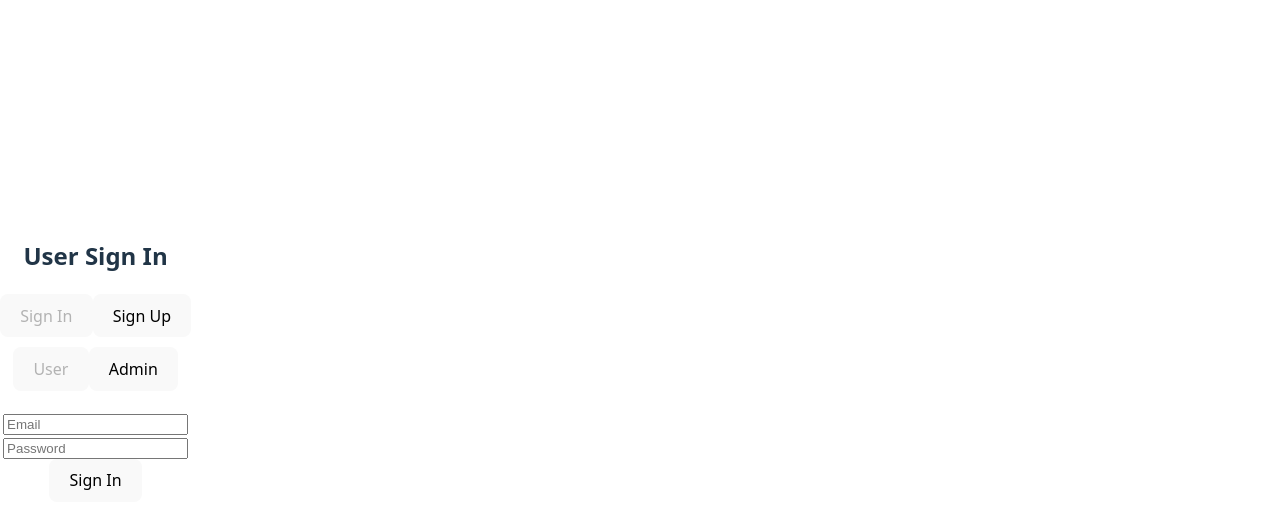
Repository: EphrahimLaanyu123/Karis
Page: /
An editor plug-in stored every save of this project. The page is shown before and after the next save, followed by the edit.
The browser window is 1280 px wide. The pictures show the whole page.
The project was rebuilt for these pictures with package versions that can differ from the ones it lists, and the page was loaded fresh each time. Also part of the build but not shown: vite.config.js, src/components/Auth.css, src/components/Dashboard.jsx, src/components/admin/Dashboard.jsx, src/components/admin/ProtectedAdminRoute.jsx.

Above is the page before, as saved 2025-05-17 21:04:13.

After the next save:
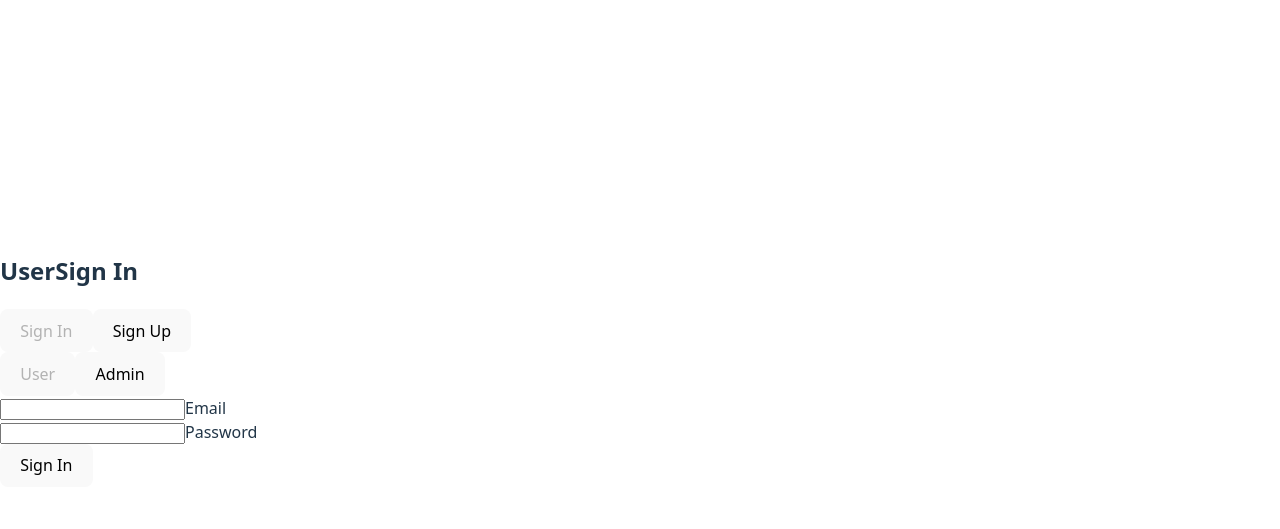
Saved 16 s later.
--- a/src/components/Auth.jsx
+++ b/src/components/Auth.jsx
@@ -1,9 +1,7 @@
 import React, { useState } from 'react';
-import { useNavigate } from 'react-router-dom';
-import "/Auth.css"
+import './Auth.css';
 
 const Auth = () => {
-    const navigate = useNavigate();
     const [authType, setAuthType] = useState('user'); // 'user' or 'admin'
     const [mode, setMode] = useState('signin'); // 'signin' or 'signup'
     const [email, setEmail] = useState('');
@@ -46,67 +44,111 @@ const Auth = () => {
 
           // Redirect accordingly
           if (authType === 'admin') {
-            navigate('/admin/dashboard');
+            // Replace with navigate('/admin/dashboard') when react-router is available
+            console.log('Redirecting to admin dashboard');
           } else {
-            navigate('/dashboard');
+            // Replace with navigate('/dashboard') when react-router is available
+            console.log('Redirecting to user dashboard');
           }
 
         } catch (err) {
           console.error('Auth error:', err);
           alert('Network error. Please try again.');
         }
-      };
-
+    };
 
     return (
-      <div style={{ maxWidth: 400, margin: 'auto', textAlign: 'center' }}>
-        <h2>{authType === 'admin' ? 'Admin' : 'User'} {mode === 'signin' ? 'Sign In' : 'Sign Up'}</h2>
+      <div className="auth-container">
+        <div className="auth-card">
+          <h2 className="auth-title">
+            <span className={`auth-type ${authType === 'admin' ? 'admin-type' : 'user-type'}`}>
+              {authType === 'admin' ? 'Admin' : 'User'}
+            </span>
+            <span className="auth-mode">{mode === 'signin' ? 'Sign In' : 'Sign Up'}</span>
+          </h2>
 
-        {/* Mode Toggle */}
-        <div style={{ marginBottom: 10 }}>
-          <button onClick={() => setMode('signin')} disabled={mode === 'signin'}>Sign In</button>
-          <button onClick={() => setMode('signup')} disabled={mode === 'signup'}>Sign Up</button>
+          {/* Mode Toggle */}
+          <div className="toggle-container mode-toggle">
+            <button
+              className={`toggle-btn ${mode === 'signin' ? 'active' : ''}`}
+              onClick={() => setMode('signin')}
+              disabled={mode === 'signin'}
+            >
+              Sign In
+            </button>
+            <button
+              className={`toggle-btn ${mode === 'signup' ? 'active' : ''}`}
+              onClick={() => setMode('signup')}
+              disabled={mode === 'signup'}
+            >
+              Sign Up
+            </button>
+          </div>
+
+          {/* Auth Type Toggle */}
+          <div className="toggle-container type-toggle">
+            <button
+              className={`toggle-btn ${authType === 'user' ? 'active' : ''}`}
+              onClick={() => setAuthType('user')}
+              disabled={authType === 'user'}
+            >
+              User
+            </button>
+            <button
+              className={`toggle-btn ${authType === 'admin' ? 'active' : ''}`}
+              onClick={() => setAuthType('admin')}
+              disabled={authType === 'admin'}
+            >
+              Admin
+            </button>
+          </div>
+
+          <form className="auth-form" onSubmit={(e) => { e.preventDefault(); handleAuth(); }}>
+            {mode === 'signup' && (
+              <div className="form-group">
+                <input
+                  type="text"
+                  id="name"
+                  value={name}
+                  onChange={e => setName(e.target.value)}
+                  placeholder=" "
+                  required
+                />
+                <label htmlFor="name">Name</label>
+              </div>
+            )}
+
+            <div className="form-group">
+              <input
+                type="email"
+                id="email"
+                value={email}
+                onChange={e => setEmail(e.target.value)}
+                placeholder=" "
+                required
+              />
+              <label htmlFor="email">Email</label>
+            </div>
+
+            <div className="form-group">
+              <input
+                type="password"
+                id="password"
+                value={password}
+                onChange={e => setPassword(e.target.value)}
+                placeholder=" "
+                required
+              />
+              <label htmlFor="password">Password</label>
+            </div>
+
+            <button type="submit" className="auth-button">
+              {mode === 'signin' ? 'Sign In' : 'Sign Up'}
+            </button>
+          </form>
         </div>
-
-        {/* Auth Type Toggle */}
-        <div style={{ marginBottom: 20 }}>
-          <button onClick={() => setAuthType('user')} disabled={authType === 'user'}>User</button>
-          <button onClick={() => setAuthType('admin')} disabled={authType === 'admin'}>Admin</button>
-        </div>
-
-        {mode === 'signup' && (
-          <>
-            <input
-              type="text"
-              value={name}
-              onChange={e => setName(e.target.value)}
-              placeholder="Name"
-              required
-            /><br />
-          </>
-        )}
-
-        <input
-          type="email"
-          value={email}
-          onChange={e => setEmail(e.target.value)}
-          placeholder="Email"
-          required
-        /><br />
-
-        <input
-          type="password"
-          value={password}
-          onChange={e => setPassword(e.target.value)}
-          placeholder="Password"
-          required
-        /><br />
-
-        <button onClick={handleAuth}>
-          {mode === 'signin' ? 'Sign In' : 'Sign Up'}
-        </button>
       </div>
     );
-  };
+};
 
-  export default Auth;
+export default Auth;
